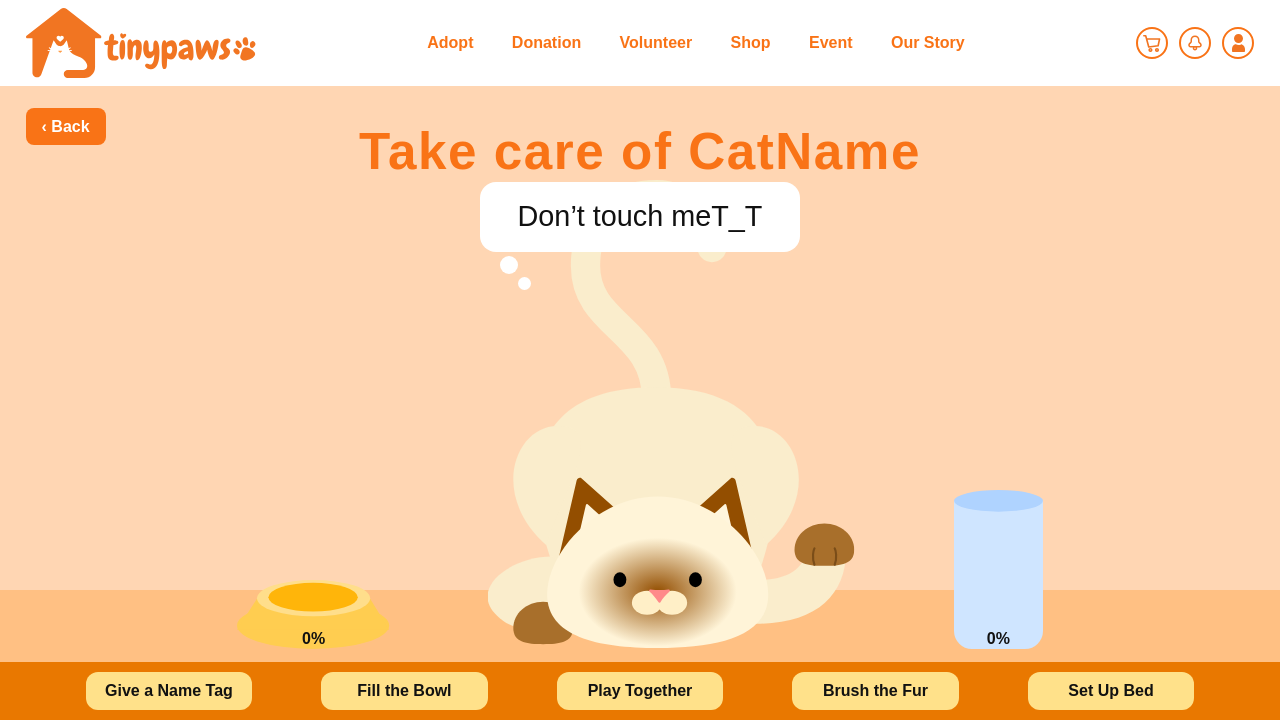
Repository: LShuyanLi/TinyPaws
Page: /, after clicking the first element matching `div > div`
The author's editor kept a copy of each file at every save. The page is drawn from the files as they stood at one save, then again after the next save.
The browser window is 1280 px wide. The pictures show the whole page.
The project was rebuilt for these pictures with package versions that can differ from the ones it lists, and the page was loaded fresh each time. The framework's server and built-in components were replaced by stand-ins that run in the browser. Also part of the build but not shown: next.config.mjs.

Above is the page before, as saved 2026-05-09 23:49:43.

### app/layout.js
import { Geist, Geist_Mono } from "next/font/google";
import "./globals.css";

const geistSans = Geist({
  variable: "--font-geist-sans",
  subsets: ["latin"],
});

const geistMono = Geist_Mono({
  variable: "--font-geist-mono",
  subsets: ["latin"],
});

export const metadata = {
  title: "Create Next App",
  description: "Generated by create next app",
};

export default function RootLayout({ children }) {
  return (
    <html lang="en" className={`${geistSans.variable} ${geistMono.variable}`}>
      <body>{children}</body>
    </html>
  );
}

### app/page.js
"use client";

import { useState } from "react";

import Header from "@/components/shared/Header";
import ChooseScreen from "@/components/shuyan/ChooseScreen";
import PlayScreen from "@/components/shuyan/PlayScreen";



export default function Home() {
  const [screen, setScreen] = useState("choose");
  const [selectedCat, setSelectedCat] = useState(null);

  function goToChoose() {
    setScreen("choose");
  }

  function goToPlay(catImage) {
    setSelectedCat(catImage);
    setScreen("play");
  }

  return (
    <main
      style={{
        width: "100vw",
        height: "100vh",
        margin: 0,
        overflow: "hidden",
        fontFamily: "Arial, Helvetica, sans-serif",
        backgroundColor: "#ffd6b3",
      }}
    >
      <Header />

      {screen === "choose" && (
        <ChooseScreen goToPlay={goToPlay} />
      )}

      {screen === "play" && (
        <PlayScreen
        goToChoose={goToChoose}
        selectedCat={selectedCat} />
      )}
    </main>
  );
}

### app/globals.css
:root {
  --background: #ffffff;
  --foreground: #171717;
}

@media (prefers-color-scheme: dark) {
  :root {
    --background: #0a0a0a;
    --foreground: #ededed;
  }
}

html {
  height: 100%;
}

html,
body {
  max-width: 100vw;
  overflow-x: hidden;
}

body {
  min-height: 100%;
  display: flex;
  flex-direction: column;
  color: var(--foreground);
  background: var(--background);
  font-family: Arial, Helvetica, sans-serif;
  -webkit-font-smoothing: antialiased;
  -moz-osx-font-smoothing: grayscale;
}

* {
  box-sizing: border-box;
  padding: 0;
  margin: 0;
}

a {
  color: inherit;
  text-decoration: none;
}

@media (prefers-color-scheme: dark) {
  html {
    color-scheme: dark;
  }
}

### components/shared/Header.jsx
// Displays the decorative top navigation area with the logo, nav menu, and icons.

export default function Header() {
  return (
    <header
      style={{
        width: "100%",
        height: "12vh",
        backgroundColor: "#ffffff",
        display: "flex",
        alignItems: "center",
        justifyContent: "space-between",
        padding: "0 2vw",
        boxSizing: "border-box",
      }}
    >
      <img
        src="/Logo.svg"
        alt="TinyPaws logo"
        style={{
          width: "18vw",
          minWidth: "150px",
          maxWidth: "270px",
          height: "auto",
        }}
      />

      <nav
        style={{
          display: "flex",
          gap: "3vw",
          color: "#f97316",
          fontWeight: "700",
          fontSize: "1rem",
        }}
      >
        <span>Adopt</span>
        <span>Donation</span>
        <span>Volunteer</span>
        <span>Shop</span>
        <span>Event</span>
        <span>Our Story</span>
      </nav>

      <div
        style={{
          display: "flex",
          gap: "0.7rem",
        }}
      >
        <button style={iconButtonStyle}>
         <img src="/chart.svg" style={iconImageStyle} />
        </button>

        <button style={iconButtonStyle}>
          <img src="/bell.svg" style={iconImageStyle} />
        </button>

        <button style={iconButtonStyle}>
         <img src="/user.svg" style={iconImageStyle} />
        </button>
      </div>
    </header>
  );
}

const iconButtonStyle = {
  width: "2rem",
  height: "2rem",
  border: "2px solid #f97316",
  borderRadius: "50%",
  backgroundColor: "#ffffff",
  color: "#f97316",
  cursor: "pointer",
  display: "flex",
  alignItems: "center",
  justifyContent: "center",
};

const iconImageStyle = {
  width: "1.1rem",
  height: "1.1rem",
  objectFit: "contain",
  display: "block",
};

### components/shuyan/ChooseScreen.jsx
import PokeCatBall from "@/components/shuyan/PokeCatBall";

export default function ChooseScreen({ goToPlay }) {

    return (
        <section
        style={{
            position: "relative",
            width: "100%",
            height: "88vh",
            backgroundColor: "#ffd6b3",
        }}
        >

        <h1
            style={{
            margin: 0,
            paddingTop: "5vh",
            textAlign: "center",
            color: "#f97316",
            fontSize: "clamp(2rem, 4vw, 3.3rem)",
            fontWeight: "700",
            letterSpacing: "0.03em",
            }}
        >
            Choose Your New Little Friend
        </h1>

        <div
            style={{
            position: "relative",
            zIndex: 5,
            width: "100%",
            display: "flex",
            justifyContent: "space-around",
            alignItems: "flex-start",
            marginTop: "8vh",
            padding: "0 4vw",
            boxSizing: "border-box",
            }}
        >
            <PokeCatBall
                closeBall="/CloseBall.svg"
                openBall="/OpenBall-1.svg"
                catImage="/cat-1.svg"
                goToPlay={goToPlay} />
            <PokeCatBall
                closeBall="/CloseBall.svg"
                openBall="/OpenBall-2.svg"
                catImage="/cat-2.svg"
                goToPlay={goToPlay} />
            <PokeCatBall
                closeBall="/CloseBall.svg"
                openBall="/OpenBall-3.svg"
                catImage="/cat-3.svg"
                goToPlay={goToPlay} />
        </div>

        <div
            style={{
            position: "absolute",
            left: 0,
            bottom: "7.5vh",
            width: "100%",
            height: "10vh",
            backgroundColor: "#ffc083",
            }}
        />

        <div
            style={{
            position: "absolute",
            left: 0,
            bottom: 0,
            width: "100%",
            height: "7.5vh",
            backgroundColor: "#e97800",
            }}
        />
        </section>
    );
}

### components/shuyan/PlayScreen.jsx
// PlayScreen.jsx: Builds the main cat play screen with the background, cat area, feeding area, tools, bed, and bottom buttons.

import BackButton from "@/components/shuyan/BackButton";
import BottomActionBar from "@/components/shuyan/BottomActionBar";
import CatDisplay from "@/components/shared/CatDisplay";
import FoodBowl from "@/components/Jinwon/FoodBowl";
import WaterBottle from "@/components/Jinwon/WaterBottle";
import CatEmotion from "@/components/Jessica/CatEmotion";

export default function PlayScreen({ goToChoose, selectedCat }) {
  return (
    <section
      style={{
        position: "relative",
        width: "100%",
        height: "88vh",
        backgroundColor: "#ffd6b3",
        overflow: "hidden",
      }}
    >
      <BackButton goToChoose={goToChoose}/>

      <h1
        style={{
          margin: 0,
          paddingTop: "5vh",
          textAlign: "center",
          color: "#f97316",
          fontSize: "clamp(2rem, 4vw, 3.3rem)",
          fontWeight: "700",
          letterSpacing: "0.03em",
          position: "relative",
          zIndex: 5,
        }}
      >
        Take care of CatName
      </h1>

      {/* Light orange ground */}
      <div
        style={{
          position: "absolute",
          left: 0,
          bottom: "8vh",
          width: "100%",
          height: "10vh",
          backgroundColor: "#ffc083",
          zIndex: 1,
        }}
      />

      {/* Main play area */}
      <div
        style={{
          position: "absolute",
          left: "50%",
          bottom: "10vh",
          transform: "translateX(-50%)",
          width: "75vw",
          height: "50vh",
          zIndex: 5,
        }}
      >
        <CatEmotion />
        <FoodBowl />
        <CatDisplay selectedCat={selectedCat}/>
        <WaterBottle />
      </div>

      <BottomActionBar />
    </section>
  );
}

### components/shuyan/PokeCatBall.jsx
"use client";
// Displays one selectable pokeCAT ball and shows its cat preview on hover.

import { useState } from "react";

export default function PokeCatBall({ closeBall, openBall, goToPlay, catImage }) {

    const [isHover, setIsHover] = useState(false);

    function pokecatBall() {
        if (!isHover) {
            return closeBall;
        } else {
            return openBall;
        }
    }

    return (
        <div
            onClick={() => goToPlay(catImage)}
            onMouseEnter={() => setIsHover(true)}
            onMouseLeave={() => setIsHover(false)}
            style={{
                width: "24vw",
                maxWidth: "380px",
                minWidth: "230px",
                height: "50vh",
                display: "flex",
                alignItems: "flex-start",
                justifyContent: "center",
                cursor: "pointer"
            }}
        >
        <img
            src={pokecatBall()}
            style={{
            width: "90%",
            objectFit: "contain",
            display: "block",
            }}
        />
        </div>
    );
}

### components/shuyan/BackButton.jsx
// Displays the back button and returns the user to the cat selection screen.


export default function BackButton({ goToChoose }) {
  return (
    <button
        onClick={goToChoose}
        style={{
            position: "absolute",
            top: "3vh",
            left: "2vw",
            backgroundColor: "#f97316",
            color: "#ffffff",
            border: "none",
            borderRadius: "8px",
            padding: "0.6rem 1rem",
            fontSize: "1rem",
            fontWeight: "600",
            cursor: "pointer",
            zIndex: 10,
      }}
    >
      ‹ Back
    </button>
  );
}

### components/shuyan/BottomActionBar.jsx
"use client";

// BottomActionBar.jsx: Displays the bottom interaction buttons and shows each hover bubble.

import { useState } from "react";

export default function BottomActionBar( {
  activeButton,
  setActiveButton,
  setSelectedBed, //these three are for the bed feature
  ballSpeed,
  setBallSpeed, //these two are for the play ball feature
  featherActive,
  setFeatherActive,
}) {
  return (
    <div
      style={{
        position: "absolute",
        left: 0,
        bottom: 0,
        width: "100%",
        height: "8vh",
        backgroundColor: "#e97800",
        display: "flex",
        alignItems: "center",
        justifyContent: "space-around",
        padding: "0 4vw",
        boxSizing: "border-box",
        zIndex: 20,
      }}
    >
      {/* Name button - Elina can connect this to NameTag modal later */}
      <div style={{ position: "relative" }}>
        <button style={buttonStyle}>Give a Name Tag</button>
      </div>

      {/* Feed button - Jinwon */}
      <div
        onMouseEnter={() => setActiveButton("feed")}
        onMouseLeave={() => setActiveButton(null)}
        style={{ position: "relative" }}
      >
        {activeButton === "feed" && (
          <div style={bubbleStyle}>
            <img src="/bubble-3.svg" style={bubbleBackgroundStyle} />

            {/* dry food option - Jinwon can add onClick here */}
            <img
              src="/dryfood.svg"
              style={{
                position: "absolute",
                top: "8%",
                left: "50%",
                transform: "translateX(-50%)",
                width: "45%",
                height: "auto",
                cursor: "pointer",
              }}
            />

            {/* wet food option - Jinwon can add onClick here */}
            <img
              src="/wetfood.svg"
              style={{
                position: "absolute",
                top: "34%",
                left: "50%",
                transform: "translateX(-50%)",
                width: "45%",
                height: "auto",
                cursor: "pointer",
              }}
            />

            {/* water option - Jinwon can add onClick here */}
            <img
              src="/water.svg"
              style={{
                position: "absolute",
                top: "60%",
                left: "50%",
                transform: "translateX(-50%)",
                width: "38%",
                height: "auto",
                cursor: "pointer",
              }}
            />
          </div>
        )}

        <button style={buttonStyle}>Fill the Bowl</button>
      </div>

      {/* Play button - Jonah handles ball/feather, Elina handles hand */}
      <div
        style={{ position: "relative" }}
      >
        {activeButton === "play" && (
          <div style={bubbleStyle}>
            <img src="/bubble-3.svg" style={bubbleBackgroundStyle} />

            {/* ball option - Jonah can add onClick here */}
            <img
              src="/ball.svg"
                onClick={() => {
                setFeatherActive(false);

                setBallSpeed(prev =>
                  prev === "stop"
                    ? "slow"
                    : prev === "slow"
                    ? "fast"
                    : "stop"
                );
              }}
              style={{
                position: "absolute",
                top: "8%",
                left: "50%",
                transform: "translateX(-50%)",
                width: "42%",
                height: "auto",
                cursor: "pointer",
                opacity: ballSpeed === "stop" ? 0.5 : 1
              }}
            />

            {/* feather option - Jonah can add onClick here */}
            <img
              src="/feather.svg"
              onClick={() => {
                setBallSpeed("stop");
                setFeatherActive(prev => !prev);
              }}
              style={{
                position: "absolute",
                top: "30%",
                left: "50%",
                transform: "translateX(-50%)",
                width: "55%",
                height: "auto",
                cursor: "pointer",
              }}
            />

            {/* hand option - Elina can add onClick here */}
            <img
              src="/hand.svg"
              style={{
                position: "absolute",
                top: "55%",
                left: "50%",
                transform: "translateX(-50%)",
                width: "42%",
                height: "auto",
                cursor: "pointer",
              }}
            />
          </div>
        )}

        <button
          style={buttonStyle}
          onClick={() =>
            setActiveButton(activeButton === "play" ? null : "play")
          }
        >Play Together</button>
      </div>

      {/* Brush button - Elina */}
      <div
        onMouseEnter={() => setActiveButton("brush")}
        onMouseLeave={() => setActiveButton(null)}
        style={{ position: "relative" }}
      >
        {activeButton === "brush" && (
          <div style={bubbleStyle}>
            <img src="/bubble-1.svg" style={bubbleBackgroundStyle} />

            {/* brush option - Elina can add onClick here */}
            <img
              src="/brush.svg"
              style={{
                position: "absolute",
                top: "22%",
                left: "50%",
                transform: "translateX(-50%)",
                width: "55%",
                height: "auto",
                cursor: "pointer",
              }}
            />
          </div>
        )}

        <button style={buttonStyle}>Brush the Fur</button>
      </div>

      {/* Bed button - Jonah */}
      <div
        style={{ position: "relative" }}
      >
        {activeButton === "bed" && (
          <div style={bubbleStyle}>
            <img src="/bubble-2.svg" style={bubbleBackgroundStyle} />

            {/* yellow bed option - Jonah can add onClick here */}
            <img
              src="/bed-1.svg"
              onClick={() => {
                setSelectedBed(prev =>
                  prev === "yellow" ? null : "yellow"
                );
              }}
              style={{
                position: "absolute",
                top: "12%",
                left: "50%",
                transform: "translateX(-50%)",
                width: "55%",
                height: "auto",
                cursor: "pointer",
              }}
            />

            {/* green bed option - Jonah can add onClick here */}
            <img
              src="/bed-2.png"
              onClick={() => {
                setSelectedBed(prev =>
                  prev === "green" ? null : "green"
                );
              }}
              style={{
                position: "absolute",
                top: "48%",
                left: "50%",
                transform: "translateX(-50%)",
                width: "55%",
                height: "auto",
                cursor: "pointer",
              }}
            />
          </div>
        )}

        <button
          style={buttonStyle}
          onClick={() =>
            setActiveButton(activeButton === "bed" ? null : "bed")
          }
        >Set Up Bed</button>
      </div>
    </div>
  );
}

const buttonStyle = {
  width: "13vw",
  minWidth: "150px",
  maxWidth: "200px",
  height: "2.4rem",
  border: "none",
  borderRadius: "12px",
  backgroundColor: "#ffe18a",
  color: "#111111",
  fontSize: "1rem",
  fontWeight: "600",
  cursor: "pointer",
};

const bubbleStyle = {
  position: "absolute",
  left: "50%",
  bottom: "3.4rem",
  transform: "translateX(-50%)",
  width: "7vw",
  minWidth: "95px",
  maxWidth: "140px",
  zIndex: 40,
};

const bubbleBackgroundStyle = {
  width: "100%",
  height: "auto",
  display: "block",
};

### components/shared/CatDisplay.jsx
// CatDisplay.jsx: Displays the selected cat image on the play screen.

export default function CatDisplay({
  selectedBed,
  ballSpeed,
  featherActive,
}) {
  let catImage = "/cat-1.svg";

  let catStyle = {
    width: "100%",
    height: "100%",
    objectFit: "contain",
    position: "absolute",
    bottom: "0px",
    left: "0px",
  };

  if (featherActive) {
    catImage = "/catreach-1.svg";

    catStyle = {
      ...catStyle,
      width: "103%",
      height: "103%",
      left: "15px",
    }

  } else if (ballSpeed !== "stop") {
    catImage = "/catcrouch-1.svg";

    catStyle = {
      ...catStyle,
      width: "110%",
      height: "110%",
      left: "10px",
    }

  }

  return (
    <div
      style={{
        position: "absolute",
        left: "50%",
        bottom: "0",
        transform: "translateX(-50%)",
        zIndex: 1,
      }}
    >
      {selectedBed === "yellow" && (
        <img
          src="/yellow-bed.svg"
          style={{
            position: "absolute",
            bottom: "-130px",
            left: "50%",
            transform: "translateX(-50%)",
            width: "30vw",
            minWidth: "200px",
            zIndex: 0,
          }}
        />
      )}

      {selectedBed === "green" && (
        <img
          src="/green-bed.svg"
          style={{
            position: "absolute",
            bottom: "-130px",
            left: "50%",
            transform: "translateX(-50%)",
            width: "30vw",
            minWidth: "200px",
            zIndex: 0,
          }}
        />
      )}
      <div
        style={{
          width: "425px",
          height: "425px",
          position: "relative",
        }}
      >
        <img
          src={catImage}
          style={catStyle}
        />
      </div>
    </div>
  );
}

### components/Jinwon/FoodBowl.jsx
// FoodBowl.jsx: Displays the bowl and shows dry or wet food when the bowl is clicked.

export default function FoodBowl({ bowlType }) {
  const isBowlFilled = bowlType === "dry" || bowlType === "wet";
  const fillImage = bowlType === "wet" ? "/wetfood.svg" : "/dryfood.svg";

  return (
    <div
      style={{
        position: "absolute",
        left: "8%",
        bottom: "0",
        zIndex: 10,
        textAlign: "center",
      }}
    >
      <img
        src="/bowl.svg"
        style={{
          width: "12vw",
          minWidth: "120px",
          maxWidth: "190px",
          height: "auto",
          display: "block",
        }}
      />

      {isBowlFilled && (
        <img
          src={fillImage}
          style={{
            position: "absolute",
            left: "50%",
            bottom: "22px",
            transform: "translateX(-50%)",
            width: "50%",
            height: "auto",
          }}
        />
      )}

      <p
        style={{
          margin: "-1.2rem 0 0",
          color: "#111111",
          fontSize: "1rem",
          fontWeight: "700",
        }}
      >
        {isBowlFilled ? "100%" : "0%"}
      </p>
    </div>
  );
}

### components/Jinwon/WaterBottle.jsx
// WaterBottle.jsx: Displays the water bottle and shows water level when the bottle is clicked.

export default function WaterBottle({ hasWater }) {
  const isBottleFilled = hasWater;

  return (
    <div
      style={{
        position: "absolute",
        right: "8%",
        bottom: "0",
        zIndex: 10,
        textAlign: "center",
      }}
    >
      <img
        src="/water-bottle.svg"
        style={{
          width: "7vw",
          minWidth: "80px",
          maxWidth: "130px",
          height: "auto",
          display: "block",
        }}
      />

      {isBottleFilled && (
        <img
          src="/water.svg"
          style={{
            position: "absolute",
            left: "50%",
            bottom: "22px",
            transform: "translateX(-50%)",
            width: "44%",
            height: "auto",
          }}
        />
      )}

      <p
        style={{
          margin: "-1.2rem 0 0",
          color: "#111111",
          fontSize: "1rem",
          fontWeight: "700",
        }}
      >
        {isBottleFilled ? "100%" : "0%"}
      </p>
    </div>
  );
}

### components/Jessica/CatEmotion.jsx
// CatEmotion.jsx: Displays the cat’s emotion emoji and thought bubble based on interaction results.

export default function CatEmotion() {
  return (
    <div
      style={{
        position: "absolute",
        left: "50%",
        bottom: "55vh",
        transform: "translateX(-50%)",
        zIndex: 30,
      }}
    >
      {/* Thought bubble box */}
      <div
        style={{
          position: "relative",
          width: "320px",
          minHeight: "70px",
          backgroundColor: "#ffffff",
          borderRadius: "16px",
          display: "flex",
          alignItems: "center",
          justifyContent: "center",
          padding: "0 1.5rem",
          boxSizing: "border-box",
          color: "#111111",
          fontSize: "1.8rem",
          fontWeight: "400",
        }}
      >
        Don’t touch meT_T
      </div>

      {/* Small bubble dots */}
      <div
        style={{
          position: "absolute",
          left: "20px",
          bottom: "-22px",
          width: "18px",
          height: "18px",
          backgroundColor: "#ffffff",
          borderRadius: "50%",
        }}
      />

      <div
        style={{
          position: "absolute",
          left: "38px",
          bottom: "-38px",
          width: "13px",
          height: "13px",
          backgroundColor: "#ffffff",
          borderRadius: "50%",
        }}
      />
    </div>
  );
}

After the next save:
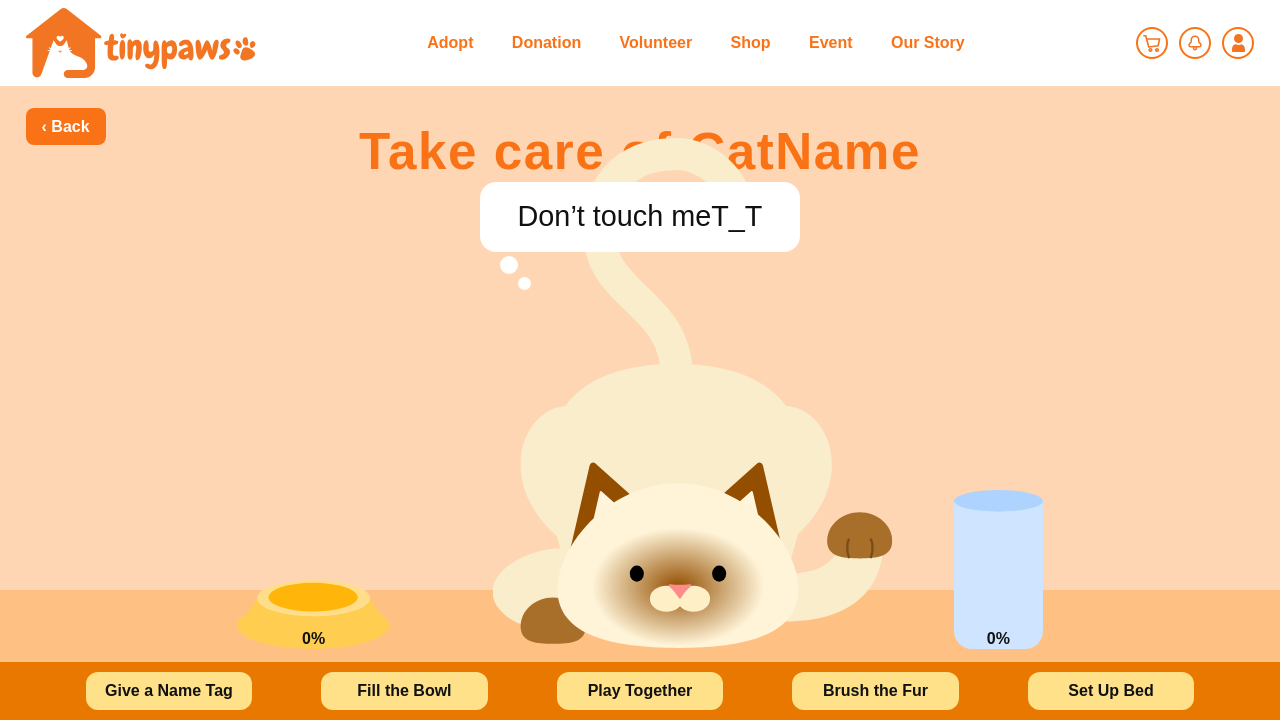
Saved 6 s later.
--- a/components/shared/CatDisplay.jsx
+++ b/components/shared/CatDisplay.jsx
@@ -31,8 +31,8 @@ export default function CatDisplay({
 
     catStyle = {
       ...catStyle,
-      width: "110%",
-      height: "110%",
+      width: "120%",
+      height: "120%",
       left: "10px",
     }
 
